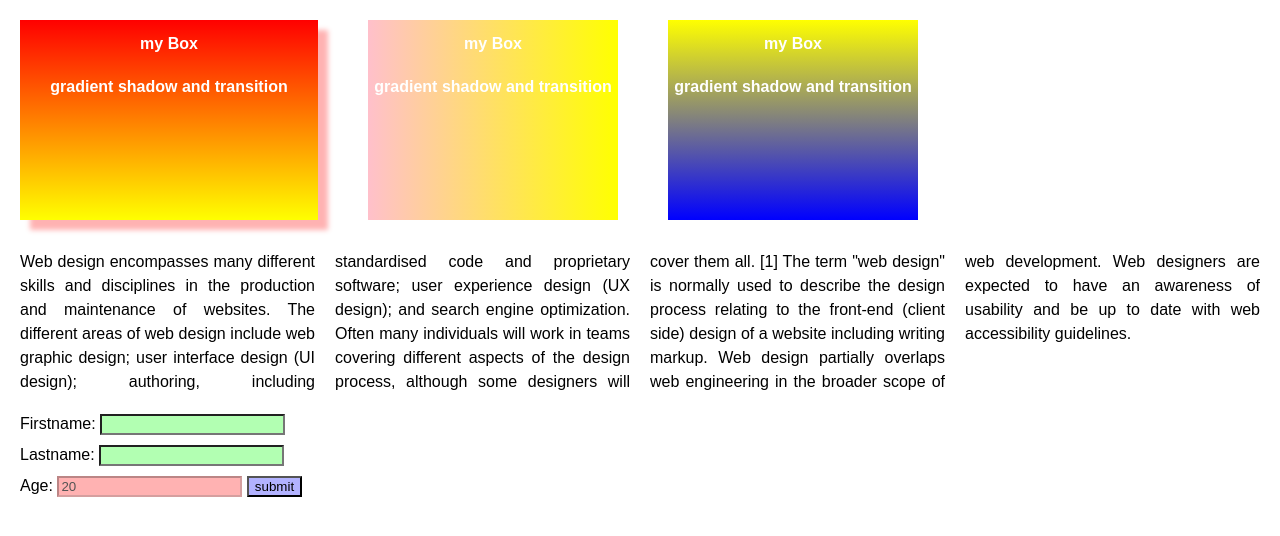
Repository: nuwat-wa/Lab_Ass_WebDesign
Page: HW04-2_IT_Sec1/lab4-2.html
These files come from the project's save history. The page is drawn as it stood at one moment and after a run of saves; the edit follows.
The browser window is 1280 px wide. The pictures show the whole page.
The pointer rests on the first visible `.box`.

Above is the page before, as saved 2026-10-20 23:35:19.

### HW04-2_IT_Sec1/lab4-2.html
<!doctype html>
<html lang="th">
  <head>
    <meta charset="UTF-8" />
    <meta name="viewport" content="width=device-width, initial-scale=1.0" />
    <title>Lab 4-2</title>

    <style>
      body {
        font-family: Arial, sans-serif;
        margin: 20px;
        color: #000;
      }

      .box-container {
        display: flex;
        flex-wrap: wrap;
        align-items: flex-start;
        gap: 50px;
        margin-bottom: 30px;
      }

      .box {
        width: 250px;
        height: 200px;
        flex-shrink: 0;
        text-align: center;
        color: #fff;
        font-weight: bold;
        transition: width 2s;
      }

      .box:hover {
        box-shadow: 10px 10px 5px rgba(255, 0, 0, 0.3);
      }

      .box h2 {
        font-size: 16px;
        color: #fff;
        margin-top: 15px;
      }

      .box p {
        font-size: 16px;
        margin: 25px 5px 0;
      }

      .box:hover {
        width: 300px;
      }

      .box1 {
        background: linear-gradient(to bottom, red, yellow);
      }

      .box2 {
        background: linear-gradient(to right, pink, yellow);
      }

      .box3 {
        background: linear-gradient(to top, blue, yellow);
      }

      .column-section {
        margin-top: 10px;
      }

      .column-section h2 {
        font-size: 22px;
        margin-bottom: 10px;
      }

      .column-text {
        column-count: 4;
        column-gap: 20px;
        margin-top: 10px;
        line-height: 1.5;
        text-align: justify;
      }

      .column-text p {
        margin-top: 0;
      }

      .form-section {
        margin-top: 20px;
      }

      .form-row {
        margin-bottom: 10px;
      }

      input:enabled {
        background-color: rgba(0, 255, 0, 0.3);
      }

      input:disabled {
        background-color: rgba(255, 0, 0, 0.3);
      }

      input[type="submit"] {
        background-color: rgba(0, 0, 255, 0.3);
        cursor: pointer;
      }
    </style>
  </head>

  <body>
    <section class="box-container">
      <div class="box box1">
        <h2>my Box</h2>
        <p>gradient shadow and transition</p>
      </div>

      <div class="box box2">
        <h2>my Box</h2>
        <p>gradient shadow and transition</p>
      </div>

      <div class="box box3">
        <h2>my Box</h2>
        <p>gradient shadow and transition</p>
      </div>
    </section>

    <section class="column-section">
      <div class="column-text">
        <p>
          Web design encompasses many different skills and disciplines in the
          production and maintenance of websites. The different areas of web
          design include web graphic design; user interface design (UI design);
          authoring, including standardised code and proprietary software; user
          experience design (UX design); and search engine optimization. Often
          many individuals will work in teams covering different aspects of the
          design process, although some designers will cover them all. [1] The
          term "web design" is normally used to describe the design process
          relating to the front-end (client side) design of a website including
          writing markup. Web design partially overlaps web engineering in the
          broader scope of web development. Web designers are expected to have
          an awareness of usability and be up to date with web accessibility
          guidelines.
        </p>
      </div>
    </section>

    <section class="form-section">
      <form action="#" method="get">
        <div class="form-row">
          <label for="firstname">Firstname:</label>
          <input type="text" id="firstname" name="firstname" />
        </div>

        <div class="form-row">
          <label for="lastname">Lastname:</label>
          <input type="text" id="lastname" name="lastname" />
        </div>

        <div class="form-row">
          <label for="age">Age:</label>
          <input type="number" id="age" name="age" value="20" disabled />

          <input type="submit" value="submit" />
        </div>
      </form>
    </section>
  </body>
</html>

After the next 2 saves:
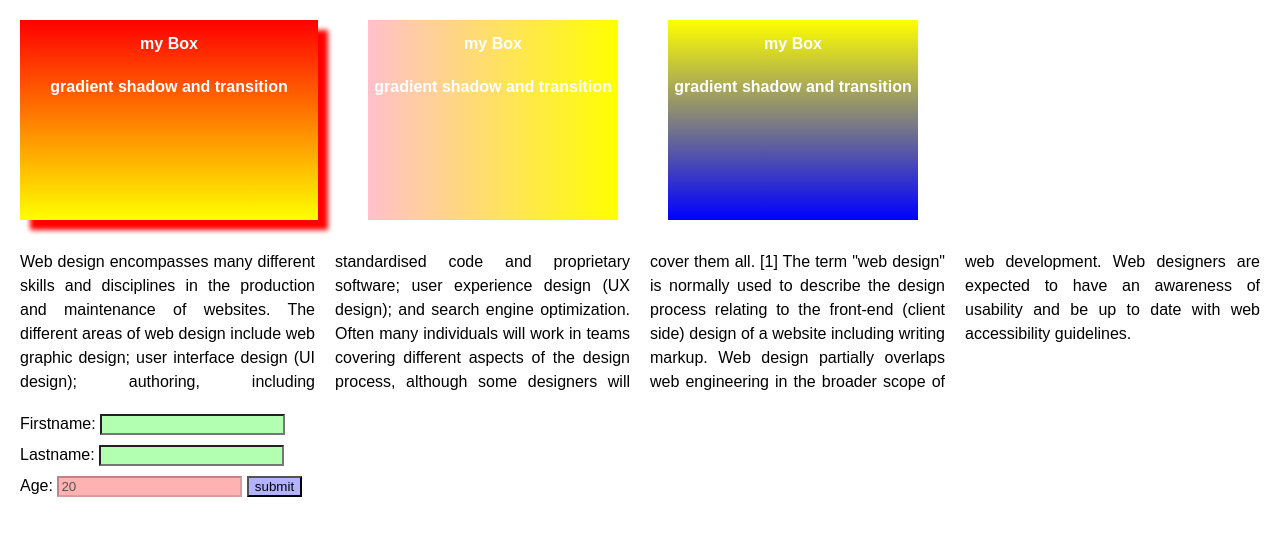
The 2 saves are shown as one change because they came seconds apart.
The last was saved 8 s later.
--- a/HW04-2_IT_Sec1/lab4-2.html
+++ b/HW04-2_IT_Sec1/lab4-2.html
@@ -31,7 +31,7 @@
       }
 
       .box:hover {
-        box-shadow: 10px 10px 5px rgba(255, 0, 0, 0.3);
+        box-shadow: 10px 10px 5px red;
       }
 
       .box h2 {
